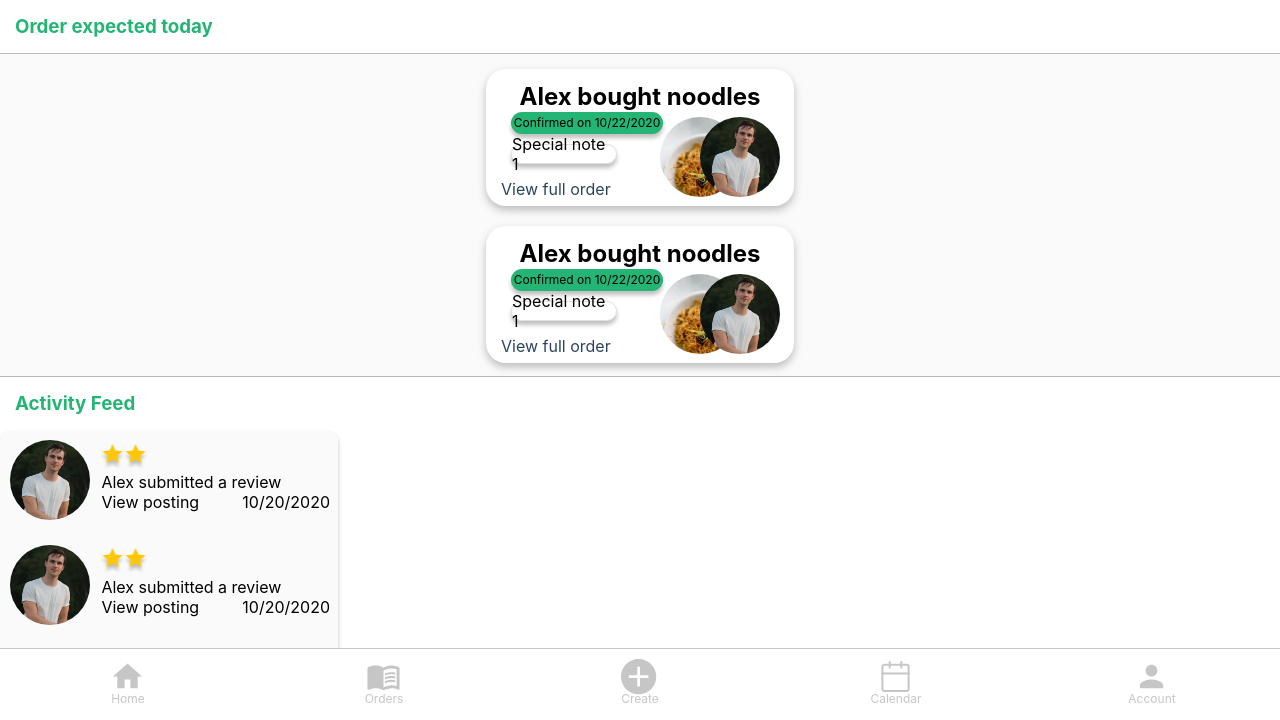
Repository: nguyenlejoe/HomeChef
Page: / (app in app/)
The author's editor kept a copy of each file at every save. The page is drawn from the files as they stood at one save, then again after the next save.
The browser window is 1280 px wide. The pictures show the whole page.
An inner scrolling area shows only its first screen. The project was rebuilt for these pictures with package versions that can differ from the ones it lists, and the page was loaded fresh each time. Also part of the build but not shown: app/src/comps/MainButton/index.js.

Above is the page before, as saved 2020-11-06 22:26:16.

### app/src/App.js
import React from 'react';
//import logo from './logo.svg';
//import './App.css';
import Pages from './pages/DashBoardChef';

function App() {
  return (
    <Pages />
  );
}

export default App;

### app/src/pages/DashBoardChef.js
import React from 'react';
import './DashBoardChef.scss'
import NavBarChef from '../comps/NavBarChef';
import SummaryBox from '../comps/SummaryBox';
import ActivityFeed from '../comps/ActivityFeed';





export default function DashBoardChefPage() {
  return<div className="app">
        <h3>Order expected today</h3>
        <div className="OrderToday">
            <div className="SumBox"><SummaryBox></SummaryBox></div>
            <div className="SumBox"><SummaryBox></SummaryBox></div>
            <div className="SumBox"><SummaryBox></SummaryBox></div>
            <div className="SumBox"><SummaryBox></SummaryBox></div>
        </div>

        <h3>Activity Feed</h3>
        <div className="ActivityFeedBox">
            <ActivityFeed></ActivityFeed>
        </div>
        <div className="Nav">
          <NavBarChef></NavBarChef>
        </div>


    </div>

}

### app/src/pages/DashBoardChef.scss
.app{
    width: 100vw;
    height:100vh;
    overflow-x: hidden;
    h3{
        margin: 15px;
        color:#24B574;
    }
}

.OrderToday{
    background: #FAFAFA;
    border-bottom: 0.4px solid #B8B8B8;
    border-top: 0.4px solid #B8B8B8;
    box-sizing: border-box;
    height: 45%;
    display: flex;
    flex-direction: column;
    align-items: center;
    width: 100%;
    overflow-x: hidden;
    overflow-y:scroll;
    z-index: -1;

    a{
        color:#2B445E;
        margin: 15px;
    }

}

.ActivityFeedBox{
    height: 65%;
    display: flex;
    flex-direction: column;
    justify-self: start;
    align-items: center;
}

.SumBox{
    margin: 5px;
}

.Nav{
    height: 10%;
    width: 100%;
    position: fixed;
    bottom: 0;
    :nth-child(1){
        font-size: 12px;
    }
}

.CuisineBox{
    height: 10%;
    width: 100%;
    position: fixed;
    top: 10px;
    z-index: 1;

    div{
        margin: 7px;
    }
}

### app/src/comps/NavBarChef/index.js
import React, {useState} from 'react';
import styled, {css} from 'styled-components';
import Button from '../MainButton';

const NavContainer = styled.div`
display:flex;
height:100%;
width:100%;
background-color:#FFFFFF;
`;

const NavBox = styled.div`
justify-content:space-around;
display:flex;
align-items:center;
position:relative;
width:100%;
height:100%;
border-top: 1px solid #C6C6C6;


`;

const NavButton = styled.div`
    display:flex;
    align-items:center;
    flex-direction:column;
    margin:2px;
    width:15%;
    height:80%;
    text-align:center;

    ${props => props.active === true && css`
        display:none;
        `}
`;

const NavIcon = styled.div`
    margin-top:3px;
    margin-right:2px;
    width:55%;
    height:55%;
    background-size:contain;
    background-repeat: no-repeat;


`;

const NavLabel = styled.div`
    height:20px;
    width:100%;
    color:${props => props.ButtonActive};
    img {
        fill:black;
    }

`;



const OrderNum = styled.div`
    display:none;
    font-size:10px;
    display:flex;
    justify-content:center;
    align-items:center;
    width:18px;
    height:18px;
    background-color:red;
    position:fixed;
    left:145px;
    top:45px;
    border-radius:100px;
    z-index: 1;
`;





const NavBar = ({active, onClickHome, onClickOrder, onClickCreate, onClickAccount , onClickCalendar ,bgimg,title, btnState, orderActive, orderNum}) => {

const [ButtonActiveVal,SetActive] = useState(active);

    return <NavContainer>
        <NavBox>
            <NavButton
            onClick={onClickHome}
            ButtonActive = {ButtonActiveVal === 1 ? "#24B574" : "#C6C6C6"}
            >
            <NavIcon><svg width="35" height="35" viewBox="0 0 35 35" fill="none" xmlns="http://www.w3.org/2000/svg">
                    <path d="M14.5834 29.1667V20.4167H20.4167V29.1667H27.7084V17.5H32.0834L17.5001 4.375L2.91675 17.5H7.29175V29.1667H14.5834Z" fill={ButtonActiveVal === 1 ? "#24B574" : "#C6C6C6"}/>
                    </svg>
            </NavIcon>
                <NavLabel ButtonActive={ButtonActiveVal === 1 ? "#24B574" : "#C6C6C6"}>Home</NavLabel>
            </NavButton>

            <NavButton
            onClick={onClickOrder}
            ButtonActive = {ButtonActiveVal === 2 ? "#24B574" : "#C6C6C6"}
            >
                <NavIcon>
                <svg width="35" height="35" viewBox="0 0 35 35" fill="none" xmlns="http://www.w3.org/2000/svg">
                <path d="M30.6252 7.29167C29.0064 6.78125 27.2272 6.5625 25.521 6.5625C22.6772 6.5625 19.6147 7.14583 17.5002 8.75C15.3856 7.14583 12.3231 6.5625 9.47933 6.5625C6.63558 6.5625 3.57308 7.14583 1.4585 8.75V30.1146C1.4585 30.4792 1.82308 30.8437 2.18766 30.8437C2.3335 30.8437 2.40641 30.7708 2.55225 30.7708C4.521 29.8229 7.36475 29.1667 9.47933 29.1667C12.3231 29.1667 15.3856 29.75 17.5002 31.3542C19.4689 30.1146 23.0418 29.1667 25.521 29.1667C27.9272 29.1667 30.4064 29.6042 32.4481 30.6979C32.5939 30.7708 32.6668 30.7708 32.8127 30.7708C33.1772 30.7708 33.5418 30.4062 33.5418 30.0417V8.75C32.6668 8.09375 31.7189 7.65625 30.6252 7.29167ZM30.6252 26.9792C29.021 26.4687 27.271 26.25 25.521 26.25C23.0418 26.25 19.4689 27.1979 17.5002 28.4375V11.6667C19.4689 10.4271 23.0418 9.47917 25.521 9.47917C27.271 9.47917 29.021 9.69792 30.6252 10.2083V26.9792Z" fill={ButtonActiveVal === 2 ? "#24B574" : "#C6C6C6"}/>
                <path d="M25.521 15.3125C26.8043 15.3125 28.0439 15.4438 29.1668 15.6917V13.475C28.0147 13.2562 26.7752 13.125 25.521 13.125C23.0418 13.125 20.796 13.5479 18.9585 14.3354V16.7563C20.6064 15.8229 22.896 15.3125 25.521 15.3125Z" fill={ButtonActiveVal === 2 ? "#24B574" : "#C6C6C6"}/>
                <path d="M18.9585 18.2147V20.6355C20.6064 19.7022 22.896 19.1918 25.521 19.1918C26.8043 19.1918 28.0439 19.323 29.1668 19.5709V17.3543C28.0147 17.1355 26.7752 17.0043 25.521 17.0043C23.0418 17.0043 20.796 17.4418 18.9585 18.2147Z" fill={ButtonActiveVal === 2 ? "#24B574" : "#C6C6C6"}/>
                <path d="M25.521 20.8979C23.0418 20.8979 20.796 21.3209 18.9585 22.1084V24.5292C20.6064 23.5959 22.896 23.0854 25.521 23.0854C26.8043 23.0854 28.0439 23.2167 29.1668 23.4646V21.2479C28.0147 21.0146 26.7752 20.8979 25.521 20.8979Z" fill={ButtonActiveVal === 2 ? "#24B574" : "#C6C6C6"}/>
                </svg>
                </NavIcon>
                <NavLabel ButtonActive={ButtonActiveVal === 2 ? "#24B574" : "#C6C6C6"} >Orders</NavLabel>
            </NavButton>


            <NavButton
            onClick={onClickCreate}
            ButtonActive = {ButtonActiveVal === 3 ? "#24B574" : "#C6C6C6"}
            >
                <NavIcon><svg width="36" height="36" viewBox="0 0 36 36" fill="none" xmlns="http://www.w3.org/2000/svg">
                <path fill-rule="evenodd" clip-rule="evenodd" d="M17.625 35.25C27.3589 35.25 35.25 27.359 35.25 17.625C35.25 7.89099 27.3589 0 17.625 0C7.89111 0 0 7.89099 0 17.625C0 27.359 7.89111 35.25 17.625 35.25ZM19.0234 19.0239H27.4165V16.2263H19.0234V7.8335H16.2261V16.2263H7.83301V19.0239H16.2261V27.4169H19.0234V19.0239Z" fill={ButtonActiveVal === 3 ? "#24B574" : "#C6C6C6"}/>
                </svg></NavIcon>
                <NavLabel ButtonActive={ButtonActiveVal === 3 ? "#24B574" : "#C6C6C6"}>Create</NavLabel>
            </NavButton>



            <NavButton
            onClick={onClickCalendar}
            ButtonActive = {ButtonActiveVal === 4 ? "#24B574" : "#C6C6C6"}
            >
                <NavIcon><svg width="35" height="35" viewBox="0 0 35 35" fill="none" xmlns="http://www.w3.org/2000/svg">
                <path fill-rule="evenodd" clip-rule="evenodd" d="M4.375 7.83325C4.375 6.72868 5.27043 5.83325 6.375 5.83325H28.625C29.7296 5.83325 30.625 6.72868 30.625 7.83325V30.0833C30.625 31.1878 29.7296 32.0833 28.625 32.0833H6.375C5.27043 32.0833 4.375 31.1878 4.375 30.0833V7.83325Z" stroke={ButtonActiveVal === 4 ? "#24B574" : "#C6C6C6"} stroke-width="2" stroke-linecap="round" stroke-linejoin="round"/>
                <path d="M23.3333 2.91675V8.75008" stroke={ButtonActiveVal === 4 ? "#24B574" : "#C6C6C6"} stroke-width="2" stroke-linecap="round" stroke-linejoin="round"/>
                <path d="M11.6667 2.91675V8.75008" stroke={ButtonActiveVal === 4 ? "#24B574" : "#C6C6C6"} stroke-width="2" stroke-linecap="round" stroke-linejoin="round"/>
                <path d="M4.375 14.5833H30.625" stroke={ButtonActiveVal === 4 ? "#24B574" : "#C6C6C6"} stroke-width="2" stroke-linecap="round" stroke-linejoin="round"/>
                </svg></NavIcon>
                <NavLabel ButtonActive={ButtonActiveVal === 4 ? "#24B574" : "#C6C6C6"}>Calendar</NavLabel>
            </NavButton>


            <NavButton
            onClick={onClickAccount}
            ButtonActive = {ButtonActiveVal === 5 ? "#24B574" : "#C6C6C6"}
            >
                <NavIcon><svg width="35" height="35" viewBox="0 0 35 35" fill="none" xmlns="http://www.w3.org/2000/svg">
                <path d="M17.4999 17.4999C20.7228 17.4999 23.3332 14.8895 23.3332 11.6666C23.3332 8.44367 20.7228 5.83325 17.4999 5.83325C14.277 5.83325 11.6666 8.44367 11.6666 11.6666C11.6666 14.8895 14.277 17.4999 17.4999 17.4999ZM17.4999 20.4166C13.6062 20.4166 5.83325 22.3708 5.83325 26.2499V29.1666H29.1666V26.2499C29.1666 22.3708 21.3937 20.4166 17.4999 20.4166Z" fill={ButtonActiveVal === 5 ? "#24B574" : "#C6C6C6"}/>
                </svg>
                </NavIcon>
                <NavLabel ButtonActive={ButtonActiveVal === 5 ? "#24B574" : "#C6C6C6"}>Account</NavLabel>
            </NavButton>
        </NavBox>
    </NavContainer>

}

NavBar.defaultProps = {
    title: "label",
    bgimg: "/Home.png",
    orderNum: "0",
    ButtonActive:"black"

}

export default NavBar;

### app/src/comps/SummaryBox/index.js
import React from 'react';
import styled, {css} from 'styled-components';
import AvatarOverlap from '../AvatarOverlap';

const SummaryContainer = styled.div`
    background-color: #FFFFFF;
    filter: drop-shadow(0px 4px 4px rgba(0, 0, 0, 0.25));
    width: 308px;
    height: 137px;
    border-radius:20px;
`;

const TitleContainer = styled.div`
    height:40%;
    display:flex;
    justify-content:center;
    align-items:center;
    margin:10px;
`;

const ContentContainer = styled.div`
    display:flex;
    margin-top:-22px;
`;

const InfoBox = styled.div`
    width:50%;
    display:flex;
    flex-direction:column;

`;

const AContainer = styled.a`
margin: 15px 0 5px 30px;
`;

const DateContainer = styled.div`
    display:flex;
    justify-content:center;
    align-items:center;
    width: 152px;
    height: 22px;
    box-shadow: 0px 4px 4px rgba(0, 0, 0, 0.25);
    border-radius: 25px;
    background-color:#24B574;
    font-size:12px;
    margin: 0px 0 5px 25px;
`;

const NoteContainer = styled.div`
    display:flex;
    justify-content:center;
    align-items:center;
    width: 106px;
    height: 20px;
    background: #FFFFFF;
    border: 1px solid #E1E1E1;
    box-sizing: border-box;
    box-shadow: 0px 4px 4px rgba(0, 0, 0, 0.25);
    border-radius: 25px;
    margin-left:25px;
    margin-top:5px;
`;

const AvatarBox = styled.div`
    display:flex;
    justify-content:center;
    align-items:center;
    width:65%;
    div{
        margin-bottom:5px;
    }


`;


const SummaryBox = ({buyer,product, note1, date}) => {

    return <SummaryContainer>
                <TitleContainer><h2>{buyer} bought {product}</h2></TitleContainer>
                <ContentContainer>
                    <InfoBox>
                        <DateContainer>Confirmed on {date}</DateContainer>
                        <NoteContainer>{note1}</NoteContainer>
                        <AContainer>View full order</AContainer>
                    </InfoBox>
                    <AvatarBox>
                        <AvatarOverlap></AvatarOverlap>
                    </AvatarBox>

                </ContentContainer>

           </SummaryContainer>

}

SummaryBox.defaultProps = {
    buyer:"Alex",
    product: "noodles",
    note1:"Special note 1",
    date:"10/22/2020"

}

export default SummaryBox;

### app/src/comps/ActivityFeed/index.js
import React from 'react';
import styled, {css} from 'styled-components';
import ActivityPost from '../ActivityPost';

const ActivityBox = styled.div`
    display:flex;
    flex-direction:column;
    width:338px;
    height:414px;
    background: #FAFAFA;
    box-sizing: border-box;
    box-shadow: 0px 4px 4px rgba(0, 0, 0, 0.25);
    border-radius: 10px;
    padding:10px;
    justify-content:space-between;


`;

const ActivityFeed = () =>{
    return <ActivityBox>
        <ActivityPost></ActivityPost>
        <ActivityPost></ActivityPost>
        <ActivityPost></ActivityPost>
        <ActivityPost></ActivityPost>
    </ActivityBox>
}

export default ActivityFeed;

### app/src/comps/AvatarOverlap/index.js
import React, { useState } from 'react';
import styled, {css} from 'styled-components';
import Avatar from '../Avatar';


const OverlapContainer = styled.div`
width:200px;
height:100px;
display:flex;
align-items:center;
justify-content:center;
`;

const FoodContainer = styled.div`
z-index:-1;
`;

const AvatarContainer = styled.div`
z-index:1;
position:relative;
left:-40px;
`;

const AvatarOverlap = ({foodimg,profileimg}) =>{
    return <OverlapContainer>
        <FoodContainer>
            <Avatar bgimg={foodimg}></Avatar>
        </FoodContainer>
        <AvatarContainer>
             <Avatar bgimg={profileimg}></Avatar>
        </AvatarContainer>

    </OverlapContainer>
}

AvatarOverlap.defaultProps = {
    foodimg:"/coldnoodle.jpg"
}

export default AvatarOverlap;

### app/src/comps/ActivityPost/index.js
import React from 'react';
import styled, {css} from 'styled-components';
import Avatar from '../Avatar';

const PostContainer = styled.div`
    width:320px;
    height:80px;
    display:flex;
`;

const ContentContainer = styled.div`
    display:flex;
    flex-direction:column;
    width:75%;

`;

const RatingContainer = styled.div`
    height:40%;
    display:flex;
`;
const TitleContainer = styled.div``;

const FullDetailContainer = styled.div`
    display:flex;
    justify-content:space-between;
`;

const AvatarContainer = styled.div`
    width:30%;
`;

const StarBox = styled.div`
    width:10%;
    height:100%;
    background-image:url(/star.png);
    background-repeat:no-repeat;
    background-position:center;
`;

const ActivityPost = ({buyer, type, fullDesc, date}) =>{
    return <PostContainer>
            <AvatarContainer><Avatar></Avatar></AvatarContainer>
            <ContentContainer>
                <RatingContainer>
                    <StarBox></StarBox>
                    <StarBox></StarBox>
                </RatingContainer>
                <TitleContainer>{buyer} submitted a {type}</TitleContainer>
                <FullDetailContainer>
                    <a>View {fullDesc}</a>
                    {date}
                </FullDetailContainer>
            </ContentContainer>
    </PostContainer>
}

ActivityPost.defaultProps ={
    buyer:"Alex",
    type:"review",
    fullDesc:"posting",
    date:"10/20/2020"
}

export default ActivityPost;

### app/src/comps/Avatar/index.js
import React from 'react';
import styled from 'styled-components';

const AvatarContainer = styled.div`
width:80px;
height:80px;
`;

const AvatarImg = styled.div`
min-width:100%;
min-height:100%;
background-image:url(${props=>props.bgimg ? props.bgimg : "none"});
background-size:cover;
border-radius:100px;

`;

const Avatar = ({bgimg}) =>{
    return <AvatarContainer>
        <AvatarImg bgimg={bgimg}></AvatarImg>
    </AvatarContainer>
}

Avatar.defaultProps = {
    bgimg : "./alex.jpg"
}

export default Avatar;

### app/src/pages/ChefPage.js
import React from 'react';
import './ChefPage.scss'
import NavBarGourmet from '../comps/NavBarGourmet';
import Avatar from '../comps/Avatar';
import FoodDisplayCover from '../comps/FoodDisplayCover';




export default function Home() {
  return<div className="app">
        <div className="CoverImage"></div>
        <div className="ChefDesc">
            <h2>Alex Inglis</h2>
            <p>Lived in the bog for 7 years. fuck you alex</p>
        </div>
        <div className="AvatarBox">
                <Avatar></Avatar>
                <a>Reviews</a>
            </div>
        <div className="FoodList">
            <div className="food">
            <FoodDisplayCover></FoodDisplayCover>
            </div>
            <div className="food">
            <FoodDisplayCover></FoodDisplayCover>
            </div>
            <div className="food">
            <FoodDisplayCover></FoodDisplayCover>
            </div>
            <div className="food">
            <FoodDisplayCover></FoodDisplayCover>
            </div>
        </div>

        <div className="Nav">
          <NavBarGourmet
          bgimg = "/Search.png"
          title = "Search"
          btnState = {true}
          orderActive = {true}
          ></NavBarGourmet>
        </div>


    </div>

}

### app/src/pages/ChefPage.scss
.app{
    width: 100vw;
    height:100vh;
    overflow-x: hidden;
}

.CoverImage{
    height: 40%;
    background-image: url("/alex.jpg");
    background-position: center;
    background-size: contain;
}

.ChefDesc{
    height:20%;
    width: 65%;
    margin: 15px;
    p{
        margin-top: -15px;
    }
}

.FoodList{
    height:70%;
    margin-top:-70px;
    display: flex;
    flex-wrap: wrap;
    justify-content: center;
}

.food{
    margin:10px;
}

.AvatarBox{
    height:0px;
    position: relative;
    z-index: 1;
    top: -230px;
    left: 270px;
    a{
        margin-left:10px;
        color: #2B445E;
    }
}

.Nav{
    height: 10%;
    width: 100%;
    position: fixed;
    bottom: 0;
}

### app/src/comps/NavBarGourmet/index.js
import React, {useState} from 'react';
import styled, {css} from 'styled-components';
import Button from '../MainButton';

const NavContainer = styled.div`
display:flex;
height:100%;
width:100%;
background-color:#FFFFFF;
`;

const NavBox = styled.div`
justify-content:space-around;
display:flex;
align-items:center;
position:relative;
width:100%;
height:100%;
border-top: 1px solid #C6C6C6;


`;

const NavButton = styled.div`
    display:flex;
    align-items:center;
    flex-direction:column;
    margin:2px;
    width:15%;
    height:80%;
    text-align:center;

`;

const NavIcon = styled.div`
    margin-top:3px;
    margin-right:2px;
    width:55%;
    height:55%;
    background-size:contain;
    background-repeat: no-repeat;


`;

const NavLabel = styled.div`
    height:20px;
    width:100%;
    color:${props => props.ButtonActive};

`;






const NavBar = ({active, onClickHome, onClickSearch, onClickCalendar, onClickAccount}) => {

const [ButtonActiveVal,SetActive] = useState(active);

    return <NavContainer>
        <NavBox>

            <NavButton onClick={onClickHome}
            ButtonActive = {ButtonActiveVal === 1 ? "#24B574" : "#C6C6C6"}
            >
            <NavIcon>
                <svg width="35" height="35" viewBox="0 0 35 35" fill="none" xmlns="http://www.w3.org/2000/svg">
                    <path d="M14.5834 29.1667V20.4167H20.4167V29.1667H27.7084V17.5H32.0834L17.5001 4.375L2.91675 17.5H7.29175V29.1667H14.5834Z" fill={ButtonActiveVal === 1 ? "#24B574" : "#C6C6C6"}/>
                </svg>
            </NavIcon>
                <NavLabel ButtonActive={ButtonActiveVal === 1 ? "#24B574" : "#C6C6C6"}>Home</NavLabel>
            </NavButton>

            <NavButton
            onClick={onClickSearch}
            // onClick={()=>{
            //     SetActive(active);
            // }}
            ButtonActive = {ButtonActiveVal === 2 ? "#24B574" : "#C6C6C6"}
            >
                <NavIcon>
                    <svg width="35" height="35" viewBox="0 0 35 35" fill="none" xmlns="http://www.w3.org/2000/svg">
                        <path fill-rule="evenodd" clip-rule="evenodd" d="M15.3125 26.25C21.3531 26.25 26.25 21.3531 26.25 15.3125C26.25 9.27189 21.3531 4.375 15.3125 4.375C9.27189 4.375 4.375 9.27189 4.375 15.3125C4.375 21.3531 9.27189 26.25 15.3125 26.25Z" stroke={ButtonActiveVal === 2 ? "#24B574" : "#C6C6C6"} stroke-width="2" stroke-linecap="round" stroke-linejoin="round"/>
                        <path d="M30.625 30.625L23.0416 23.0417" stroke={ButtonActiveVal === 2 ? "#24B574" : "#C6C6C6"}stroke-width="2" stroke-linecap="round" stroke-linejoin="round"/>
                    </svg>
                </NavIcon>
                <NavLabel ButtonActive={ButtonActiveVal === 2 ? "#24B574" : "#C6C6C6"} >Search</NavLabel>
            </NavButton>

            <NavButton
            onClick={onClickCalendar}
            // onClick={()=>{
            //     SetActive(active);
            // }}
            ButtonActive = {ButtonActiveVal === 3 ? "#24B574" : "#C6C6C6"}
            >
                <NavIcon>
                    <svg width="35" height="35" viewBox="0 0 35 35" fill="none" xmlns="http://www.w3.org/2000/svg">
                        <path fill-rule="evenodd" clip-rule="evenodd" d="M4.375 7.83325C4.375 6.72868 5.27043 5.83325 6.375 5.83325H28.625C29.7296 5.83325 30.625 6.72868 30.625 7.83325V30.0833C30.625 31.1878 29.7296 32.0833 28.625 32.0833H6.375C5.27043 32.0833 4.375 31.1878 4.375 30.0833V7.83325Z" stroke={ButtonActiveVal === 3 ? "#24B574" : "#C6C6C6"} stroke-width="2" stroke-linecap="round" stroke-linejoin="round"/>
                        <path d="M23.3333 2.91675V8.75008" stroke={ButtonActiveVal === 3 ? "#24B574" : "#C6C6C6"} stroke-width="2" stroke-linecap="round" stroke-linejoin="round"/>
                        <path d="M11.6667 2.91675V8.75008" stroke={ButtonActiveVal === 3 ? "#24B574" : "#C6C6C6"} stroke-width="2" stroke-linecap="round" stroke-linejoin="round"/>
                        <path d="M4.375 14.5833H30.625" stroke={ButtonActiveVal === 3 ? "#24B574" : "#C6C6C6"} stroke-width="2" stroke-linecap="round" stroke-linejoin="round"/>
                    </svg>
                </NavIcon>
                <NavLabel ButtonActive={ButtonActiveVal === 3 ? "#24B574" : "#C6C6C6"}>Calendar</NavLabel>
            </NavButton>


            <NavButton
            onClick={onClickAccount}
            // onClick={()=>{
            //     SetActive(active);
            // }}
            ButtonActive = {ButtonActiveVal === 4 ? "#24B574" : "#C6C6C6"}
            >
                <NavIcon>
                    <svg width="35" height="35" viewBox="0 0 35 35" fill="none" xmlns="http://www.w3.org/2000/svg">
                        <path d="M17.4999 17.4999C20.7228 17.4999 23.3332 14.8895 23.3332 11.6666C23.3332 8.44367 20.7228 5.83325 17.4999 5.83325C14.277 5.83325 11.6666 8.44367 11.6666 11.6666C11.6666 14.8895 14.277 17.4999 17.4999 17.4999ZM17.4999 20.4166C13.6062 20.4166 5.83325 22.3708 5.83325 26.2499V29.1666H29.1666V26.2499C29.1666 22.3708 21.3937 20.4166 17.4999 20.4166Z" fill={ButtonActiveVal === 4 ? "#24B574" : "#C6C6C6"}/>
                    </svg>
                </NavIcon>
                <NavLabel ButtonActive={ButtonActiveVal === 4 ? "#24B574" : "#C6C6C6"}>Account</NavLabel>
            </NavButton>
        </NavBox>
    </NavContainer>

}

NavBar.defaultProps = {
    title: "label",
    bgimg: "/Home.png",
    orderNum: "0",
    ButtonActive:"black"

}

export default NavBar;

### app/src/comps/FoodDisplayCover/index.js
import React from 'react';
import styled, {css} from 'styled-components';
import Avatar from '../Avatar';

const FoodDisplayCont = styled.div`
cursor:pointer;
`
const FoodCont = styled.div`
height: 238px;
width: 159px;
left: 0px;
top: 0px;
border-radius: 36px;
background: linear-gradient(180deg, rgba(255, 255, 255, 0) 0%, rgba(0, 0, 0, 0) 0.01%, rgba(0, 0, 0, 0.79) 100%);
filter: drop-shadow(0px 7px 7px rgba(0, 0, 0, 0.25));
background-image:url(${props=>props.bgimg ? props.bgimg : "none"});
background-size:cover;

`
const Foodtxt = styled.div`
position:relative;
display:flex;
flex-direction:column;
text-align:center;
top:160px;
color:white;
font-weight: 500;
font-size: 19px;
line-height: 27px;
`
const MealName = styled.div`
font-size: 23px;
`
const MealPrice = styled.div`

`





const FoodDisplayCover = ({Mealnm, MealPrc, bgimg}) => {

    return <FoodDisplayCont>
        <FoodCont  bgimg={bgimg}>
            <Foodtxt>
            <MealName>{Mealnm}</MealName>
            <MealPrice>{MealPrc}</MealPrice>
            </Foodtxt>
        </FoodCont>
    </FoodDisplayCont>

}

FoodDisplayCover.defaultProps = {

    Mealnm:"Joe's Pho",
    MealPrc: "$12.99",
    bgimg : "./JoesPho.png",


}

export default FoodDisplayCover;

Loaded but not shown: app/public/index.html (common file); app/src/index.js (common file); app/src/index.css (common file); app/src/serviceWorker.js (common file)

After the next save:
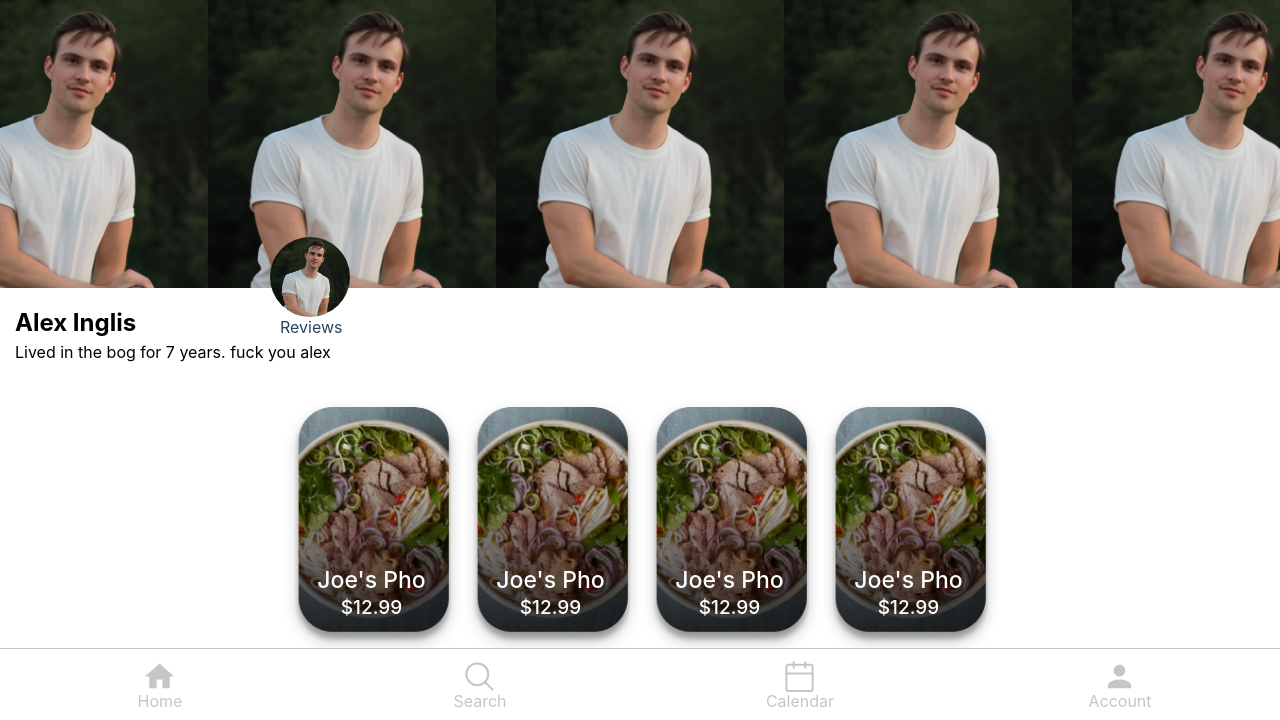
Saved 53 s later.
--- a/app/src/App.js
+++ b/app/src/App.js
@@ -1,7 +1,7 @@
 import React from 'react';
 //import logo from './logo.svg';
 //import './App.css';
-import Pages from './pages/DashBoardChef';
+import Pages from './pages/ChefPage';
 
 function App() {
   return (
